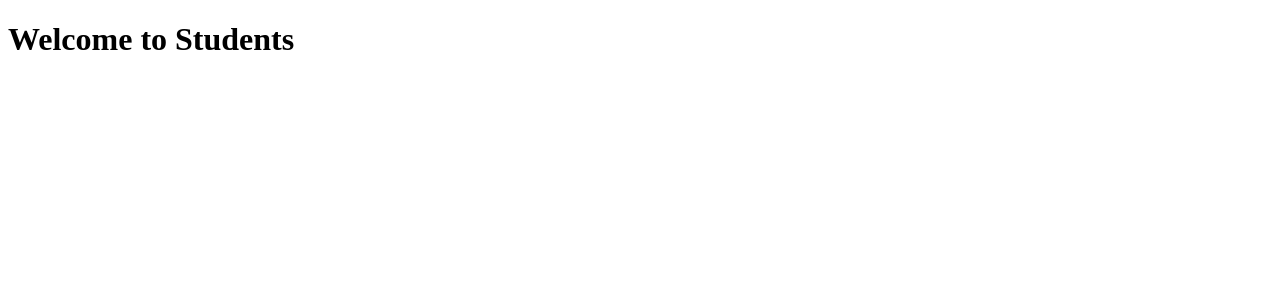
Repository: vinayhp22/sept25advanceJava
Page: http://localhost/SMS/views/list-students.jsp
These files come from the project's save history. The page is drawn as it stood at one moment and after the next save; the edit follows.
The browser window is 1280 px wide. The pictures show the whole page.
The page is served by Tomcat 9. Nobody is signed in. The application's start-up code is not run.

Above is the page before, as saved 2025-11-17 11:00:09.

After the next save:
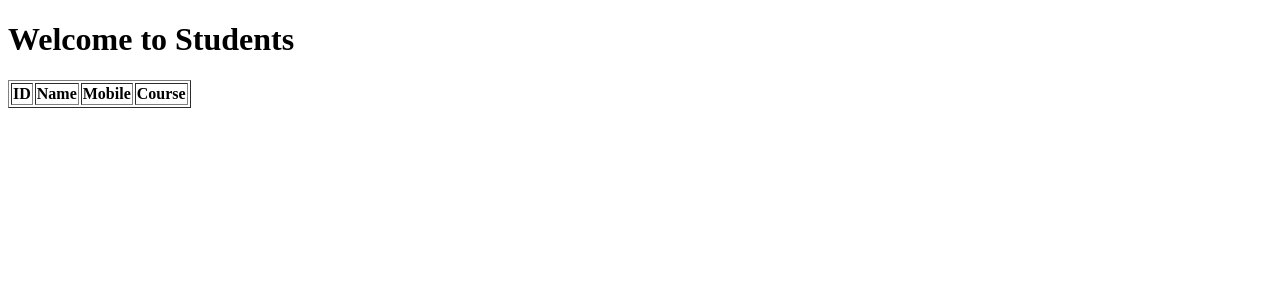
Saved 65 s later.
--- a/spring/SMS/src/main/webapp/views/list-students.jsp
+++ b/spring/SMS/src/main/webapp/views/list-students.jsp
@@ -8,6 +8,15 @@
 </head>
 <body>
 	<h1>Welcome to Students</h1>
+	<table border="1">
+		<tr>
+			<th>ID</th>
+			<th>Name</th>
+			<th>Mobile</th>
+			<th>Course</th>
+		</tr>
+
+	</table>
 
 </body>
 </html>
